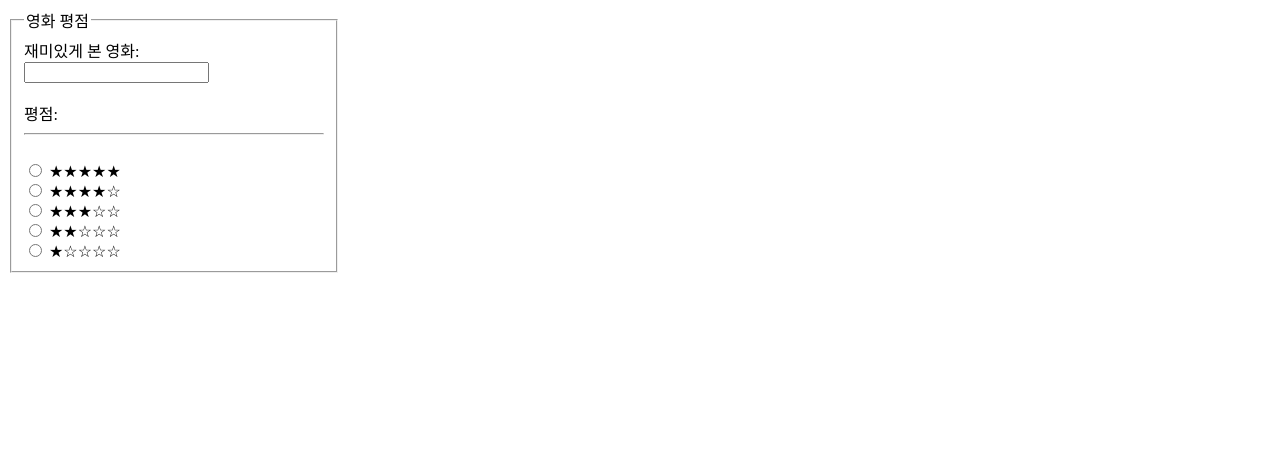
Repository: parkgyutaee/My_JAVA_Project
Page: http://localhost/JSPStudy/test04_06.jsp
These files come from the project's save history. The page is drawn as it stood at one moment and after the next save; the edit follows.
The browser window is 1280 px wide. The pictures show the whole page.
The page is served by Tomcat 10.

Above is the page before, as saved 2025-07-10 07:43:17.

After the next save:
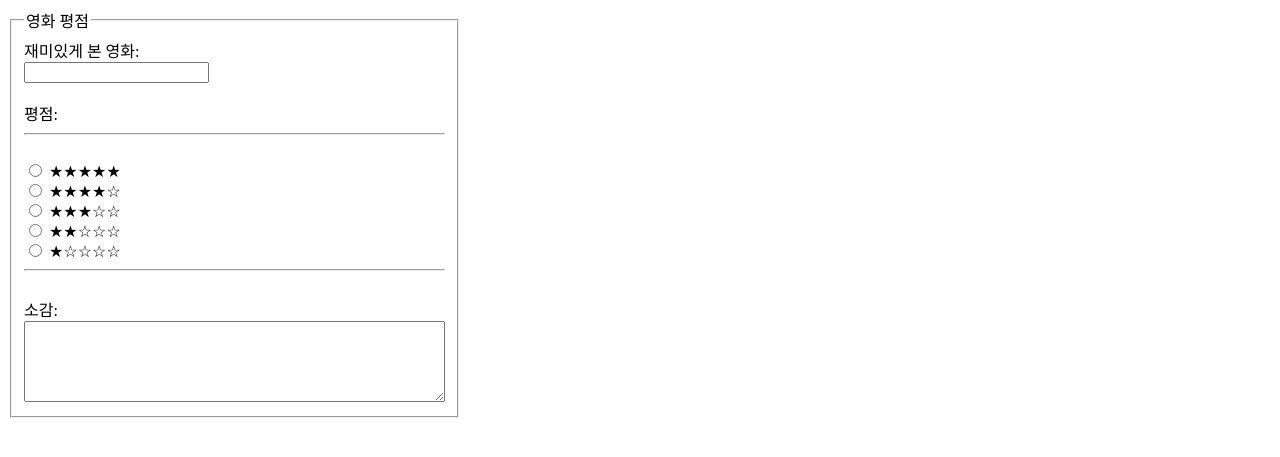
Saved 40 s later.
--- a/Workspace/JSPStudy/src/main/webapp/test04_06.jsp
+++ b/Workspace/JSPStudy/src/main/webapp/test04_06.jsp
@@ -18,7 +18,11 @@
 			<input type = "radio" name = "choice" value = "★★★★☆"> ★★★★☆ <br>
 			<input type = "radio" name = "choice" value = "★★★☆☆"> ★★★☆☆ <br>
 			<input type = "radio" name = "choice" value = "★★☆☆☆"> ★★☆☆☆ <br>
-			<input type = "radio" name = "choice" value = "★☆☆☆☆"> ★☆☆☆☆ <br>
+			<input type = "radio" name = "choice" value = "★☆☆☆☆"> ★☆☆☆☆ <br> <hr> <br>
+			소감: <br>
+			<textarea rows="5" cols="50">
+			</textarea>
+
 		</fieldset>
 	</form>
 </body>
